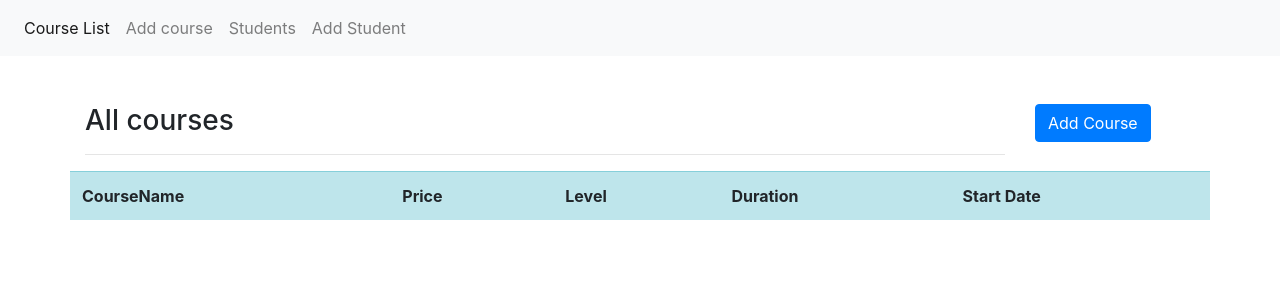
Repository: pyaephyotint22/Maven-Student-Course
Page: http://localhost/06-EL-JSTL/
An editor plug-in stored every save of this project. The page is shown before and after the next save, followed by the edit.
The browser window is 1280 px wide. The pictures show the whole page.
The page is served by Tomcat 9. Other server files are loaded and not shown. The template is opened directly, without the code that normally fills it, so the values that code supplies are empty.

Above is the page before, as saved 2020-12-20 13:10:37.

### 06-EL-JSTL/src/main/webapp/index.jsp

<%@ page language="java" contentType="text/html; charset=ISO-8859-1"
    pageEncoding="ISO-8859-1"%>
    <%@ taglib uri="http://java.sun.com/jsp/jstl/core" prefix="c"%>
<!DOCTYPE html>
<html>
<head>
<meta charset="ISO-8859-1">
<title>Education</title>
<link href="./common/css/bootstrap.min.css" rel="stylesheet" type="text/css"/>
</head>
<body>
<!-- menu -->
<jsp:include page="/common/menu.jsp"></jsp:include>
<div class="container">
		<div class="row mt-5">
			<div class="col-10">
				<h3>All courses</h3><hr />
			</div>
			<div class="col-2">
				<c:url value="/course-add.jsp" var="add"></c:url>
				<a href="${add }" class="btn btn-primary">Add Course</a>
			</div>
		</div>
		<div class="row">
			<table class="table table-info border-dark">
				<tr>
					<th>CourseName</th>
					<th>Price</th>
					<th>Level</th>
					<th>Duration</th>
					<th>Start Date</th>
				</tr>
				<c:forEach items="${courselist }" var="course">
				<tr>
					<td>${course.name }</td>
					<td>${course.level }</td>
					<td>${course.price }</td>
					<td>${course.duration }</td>
					<td>${course.startDate }</td>
				</tr>
				</c:forEach>

			</table><hr />
		</div>
</div>
</body>
</html>

### 06-EL-JSTL/src/main/webapp/common/menu.jsp
<%@ page language="java" contentType="text/html; charset=ISO-8859-1"
    pageEncoding="ISO-8859-1"%>
 <%@ taglib uri="http://java.sun.com/jsp/jstl/core"  prefix="c"%>

  <c:url value="/common/css/bootstrap.min.css" var="bsCSS"></c:url>
  <c:url value="/common/js/bootstrap.min.js" var="bsJS"></c:url>
   <c:url value="/common/js/jquery.min.js" var="jqJS"></c:url>


<link href="${bsCSS }" rel="stylesheet" type="text/css"/>
<script type="text/javascript" src="${jqJS }"></script>
<script type="text/javascript" src="${bsJS }"></script>
<nav class="navbar navbar-expand-lg navbar-light bg-light">
			  <ul class="navbar-nav">

			  <li class="nav-item">
              <a class="nav-link ${empty title ? 'active' :'' }" aria-current="page" href="<%= pageContext.getServletContext().getContextPath() %>">Course List</a>
             </li>
		        <li class="nav-item">
		        <c:url value="/course-add.jsp" var="courseAdd"></c:url>
		          <a class="nav-link  ${(not empty title and title=='addcourse') ? 'active' :''}" href="${courseAdd }">Add course</a>
		        </li>
		        <li class="nav-item">
		        <c:url value="/students.jsp" var="student"></c:url>
                <a class="nav-link" href="${student }">Students</a>
             </li>
		        <li class="nav-item">
		        <c:url value="/student-add.jsp" var="studentAdd"></c:url>
		          <a class="nav-link" href="${studentAdd}">Add Student</a>
		        </li>
			  </ul>
		</nav>

Loaded but not shown: 06-EL-JSTL/src/main/webapp/common/css/bootstrap.min.css (library); 06-EL-JSTL/src/main/webapp/common/js/jquery.min.js (library); 06-EL-JSTL/src/main/webapp/common/js/bootstrap.min.js (library)

After the next save:
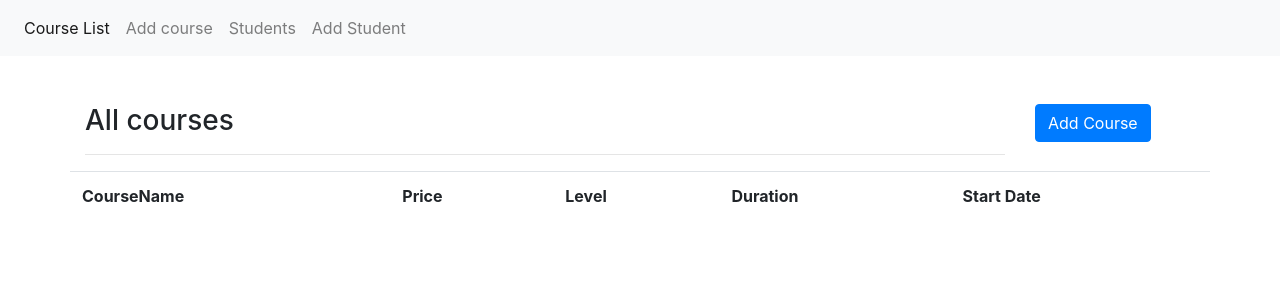
Saved 84 s later.
--- a/06-EL-JSTL/src/main/webapp/index.jsp
+++ b/06-EL-JSTL/src/main/webapp/index.jsp
@@ -23,7 +23,7 @@
 			</div>
 		</div>
 		<div class="row">
-			<table class="table table-info border-dark">
+			<table class="table border-dark">
 				<tr>
 					<th>CourseName</th>
 					<th>Price</th>
